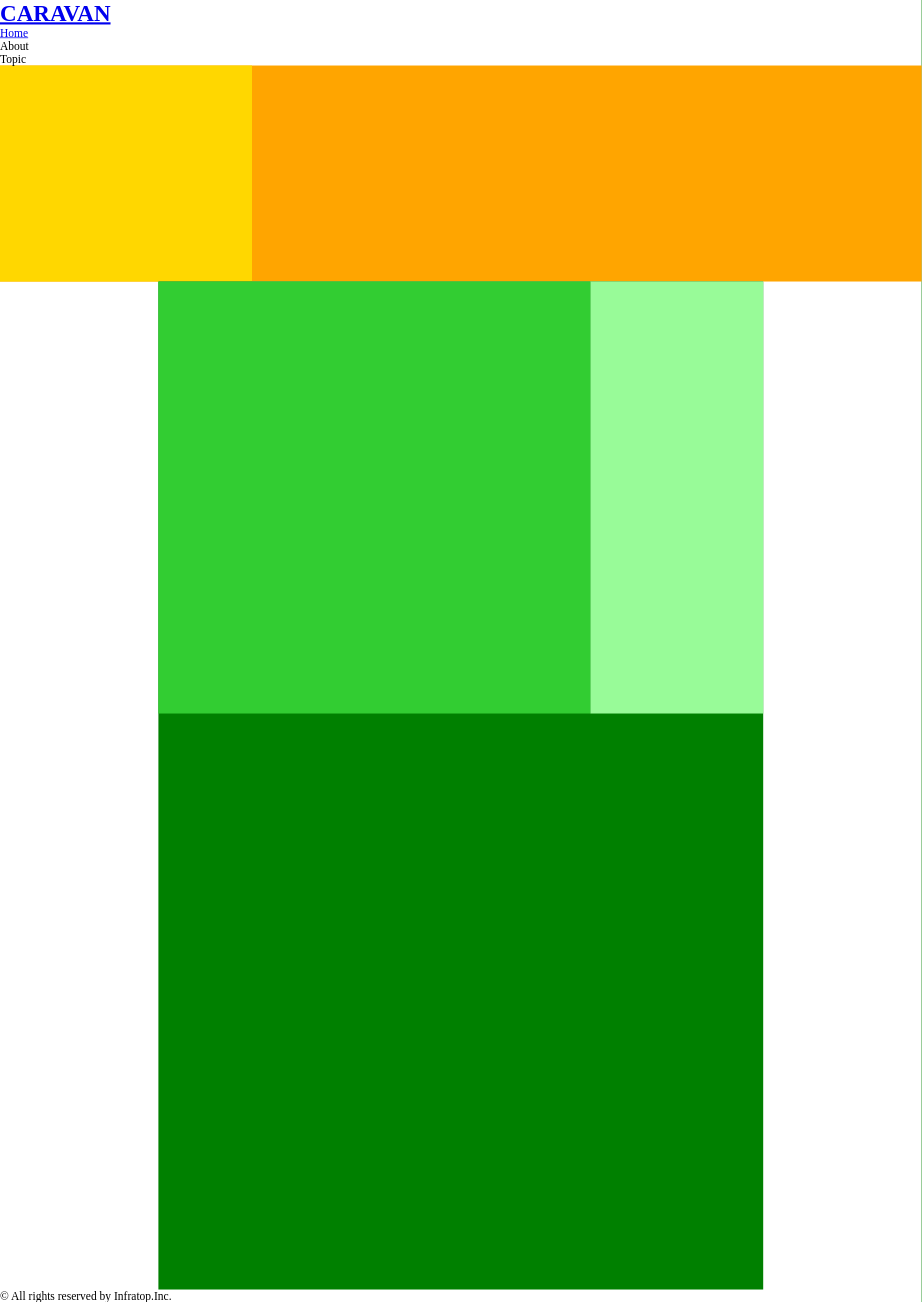
Repository: Nao002/practice
Page: caravan/index.html
The author's editor kept a record of every edit. The page is drawn from the files as they stood at one moment, then again after the next edit.
The browser window is 1280 px wide. The pictures show the whole page, at 72% of full size.

Above is the page before.

After the next edit:
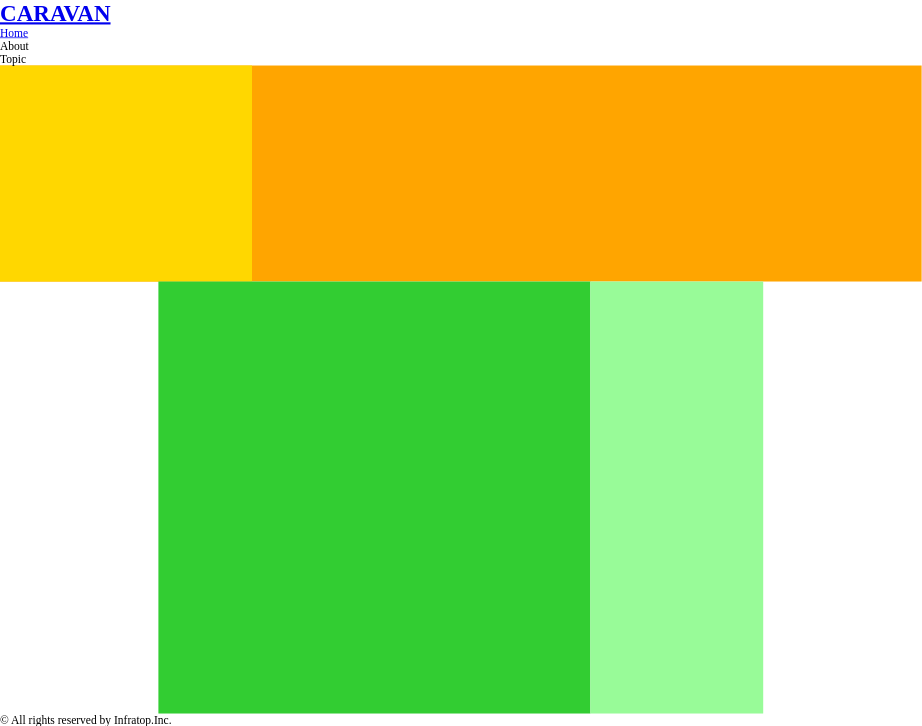
The edit:
--- a/caravan/style.css
+++ b/caravan/style.css
@@ -37,8 +37,6 @@
 
 .main {
   width: 840px; /* 横幅いっぱい */
-  height: 1400px; /* 高さ1400px（多めに設定） */
-  background-color: green; /* 背景色green */
   display: flex; /* Flexboxの利用 */
   justify-content: center; /* 子要素の横並び・中央寄せ */
   margin: 0 auto;
